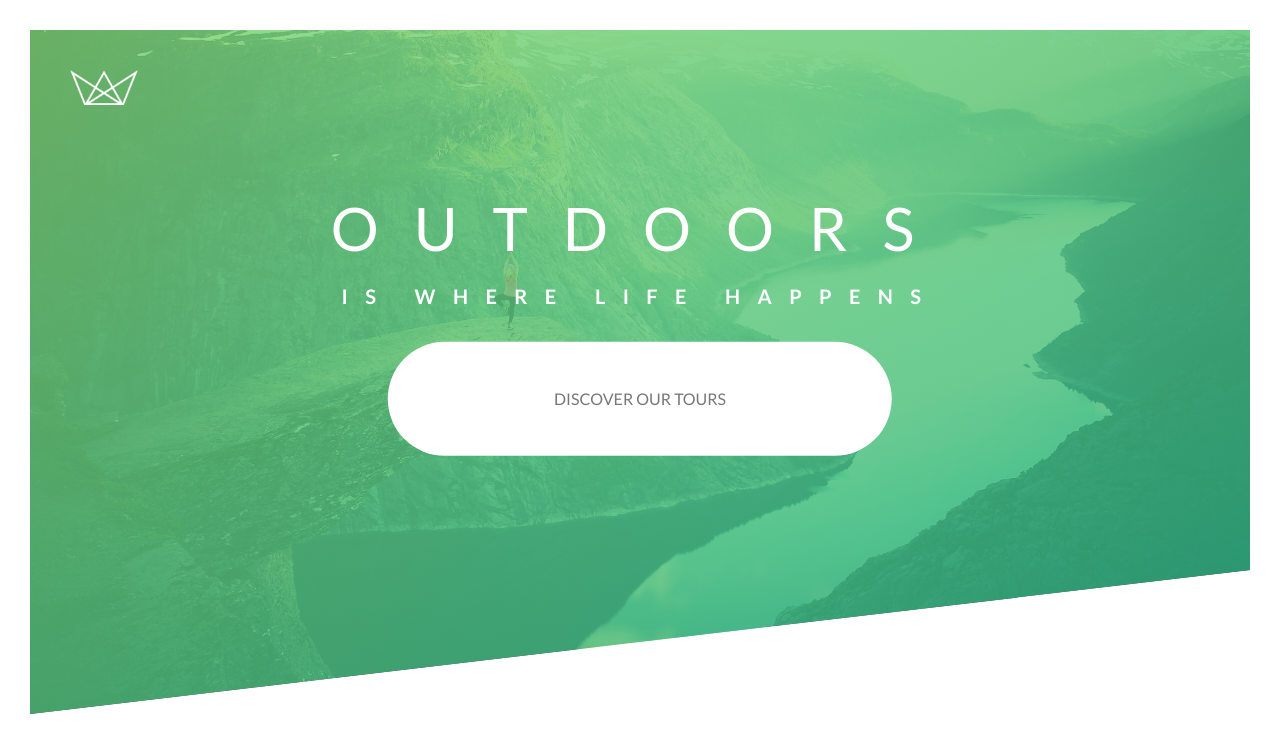
Repository: MalgorzataMazur/Natours
Page: index.html
An editor plug-in stored every save of this project. The page is shown before and after the next save, followed by the edit.
The browser window is 1280 px wide. The pictures show the whole page.
The pointer rests on the first visible `.btn`.

Above is the page before, as saved 2020-01-13 00:46:35.

After the next save:
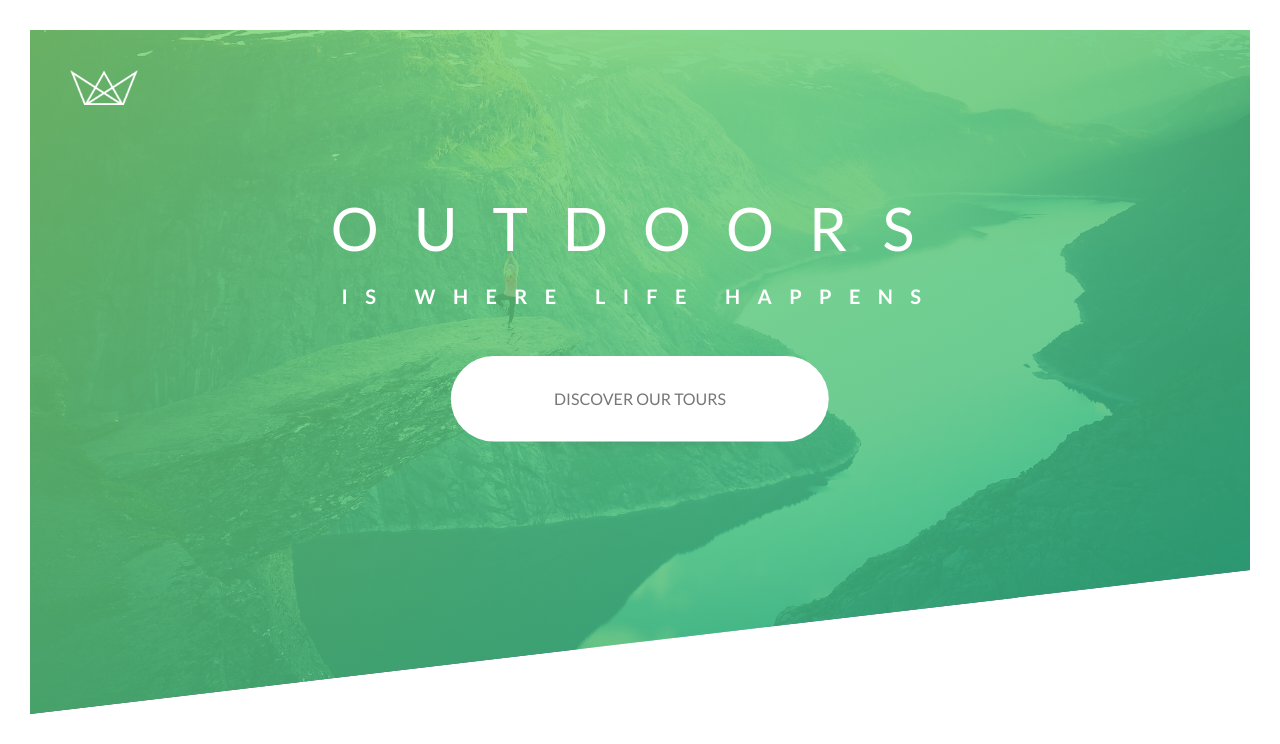
Saved 96 s later.
--- a/css/style.css
+++ b/css/style.css
@@ -164,5 +164,5 @@ body {
 }
 
 .btn:hover::after {
-    transform: scale(2);
+    transform: scale(1.5);
 }
